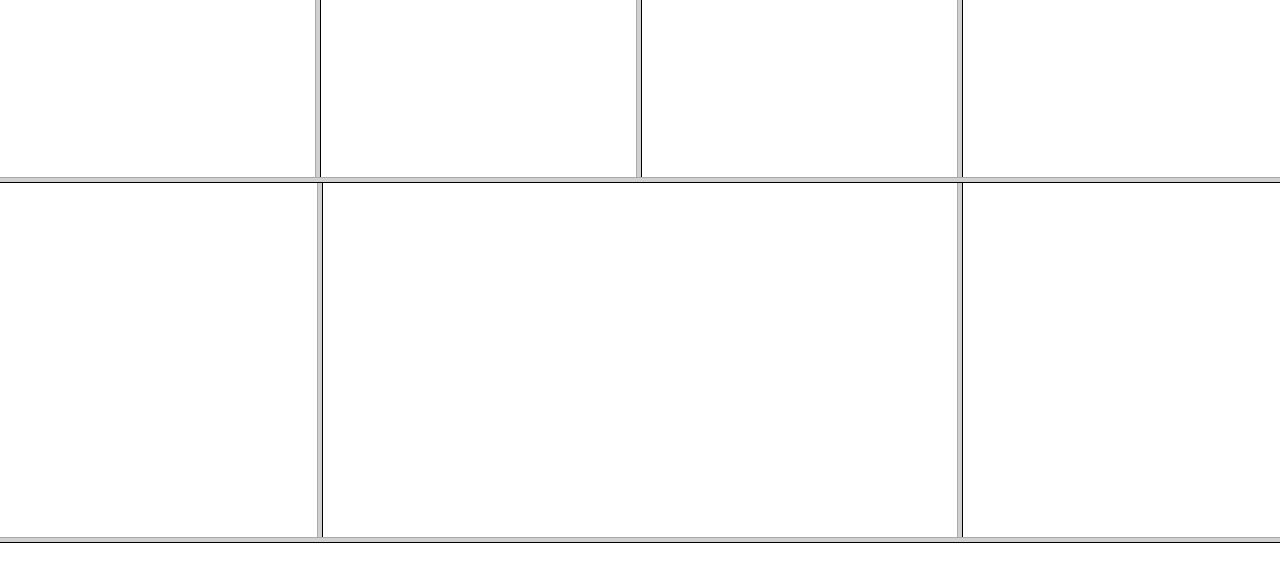
Repository: paul2oh/hellowjava
Page: workspace/javastart_svn/src/javastart/WebContent/clientPrg/a01_html/a05_test1.html
The author's editor kept a copy of each file at every save. The page is drawn from the files as they stood at one save, then again after the next save.
The browser window is 1280 px wide. The pictures show the whole page.

Above is the page before, as saved 2017-01-03 10:15:40.

After the next save:
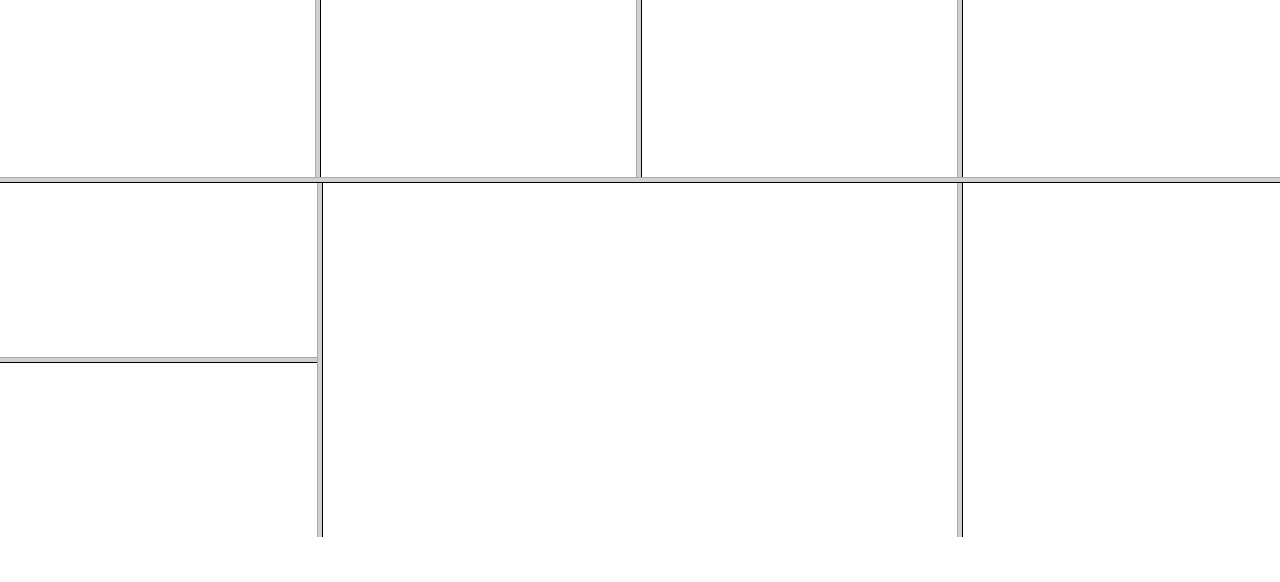
Saved 34 s later.
--- a/workspace/javastart_svn/src/javastart/WebContent/clientPrg/a01_html/a05_test1.html
+++ b/workspace/javastart_svn/src/javastart/WebContent/clientPrg/a01_html/a05_test1.html
@@ -53,7 +53,7 @@
 		<frame />
 	</frameset >
 	<frameset cols="25%,50%,25%">
-	<frame />
+	<frameset rows="50%,50%">
 	<frame />
 	<frame />
 	</frameset>
